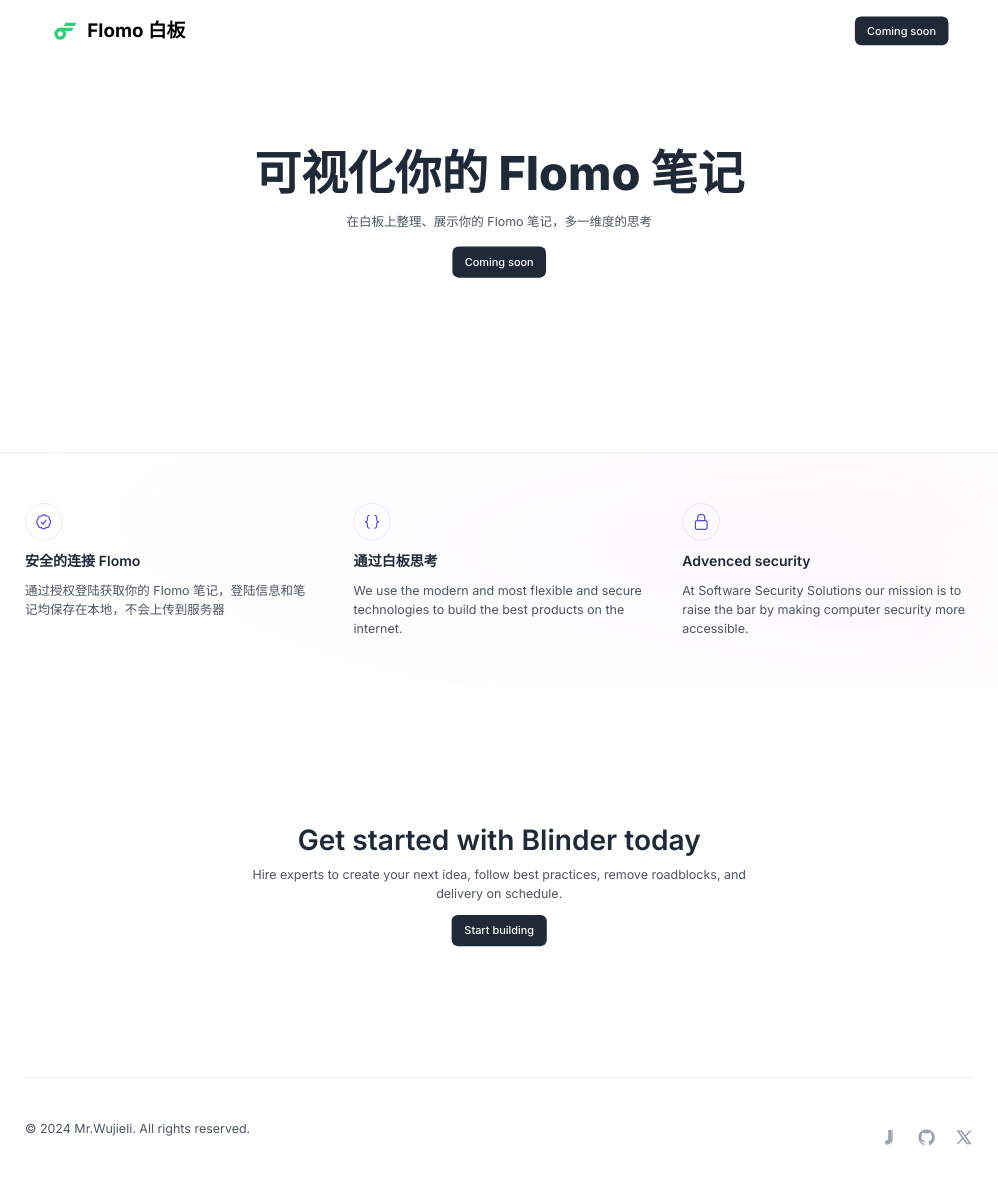
Repository: wujieli0207/flomo-board
Page: /
An editor plug-in stored every save of this project. The page is shown before and after the next save, followed by the edit.
The browser window is 1280 px wide. The pictures show the whole page, at 78% of full size.
The project was rebuilt for these pictures with package versions that can differ from the ones it lists, and the page was loaded fresh each time. The framework's server and built-in components were replaced by stand-ins that run in the browser. Also part of the build but not shown: next.config.mjs.

Above is the page before, as saved 2024-06-22 20:21:55.

After the next save:
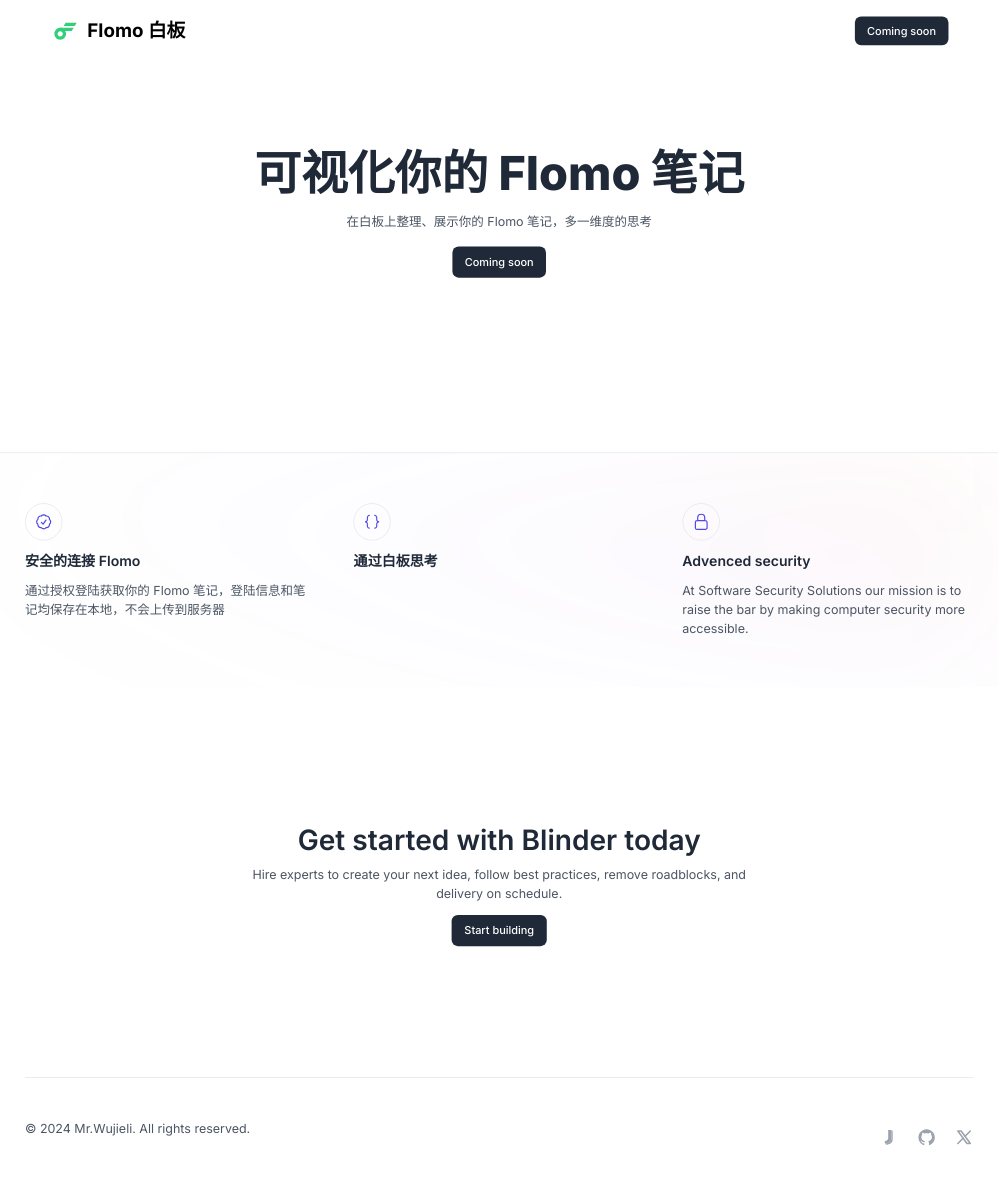
Saved 11 s later.
--- a/components/ui/Features/index.tsx
+++ b/components/ui/Features/index.tsx
@@ -39,7 +39,7 @@
         </svg>
       ),
       title: '通过白板思考',
-      desc: 'We use the modern and most flexible and secure technologies to build the best products on the internet.',
+      desc: '',
     },
     {
       icon: (
